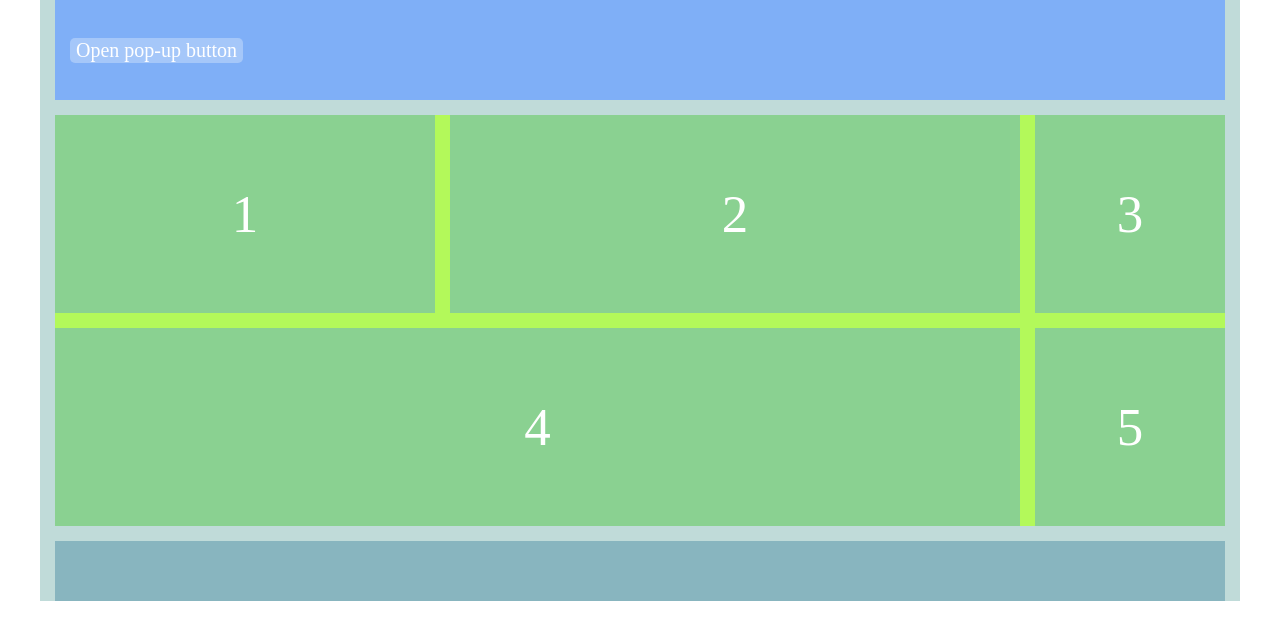
Repository: Evgenius190999999/nodasoft
Page: index.html
These files come from the project's save history. The page is drawn as it stood at one moment and after the next save; the edit follows.
The browser window is 1280 px wide. The pictures show the whole page.
Some web libraries are served in a nearby version. The style sheet was rebuilt from its Sass, Less or Tailwind sources for each picture, by a compiler version that may differ from the author's.

Above is the page before, as saved 2022-07-08 18:27:49.

### index.html
<!DOCTYPE html>
<html lang="en">

<head>
    <meta charset="UTF-8">
    <meta http-equiv="X-UA-Compatible" content="IE=edge">
    <meta name="viewport" content="width=device-width, initial-scale=1.0">
    <link rel="stylesheet" href="./style/normalize.css">
    <link rel="stylesheet" href="./style/reset.css">
    <link rel="stylesheet" href="./style/style.css">
    <script src="https://kit.fontawesome.com/33ab42410f.js" crossorigin="anonymous"></script>
    <title>Nodasoft</title>
</head>

<body>
    <div class="wrapper">
        <header class="header container">
            <button class="open__popup">Open pop-up button</button>
        </header>
        <div class="main__block container">
            <div class="div__1">1</div>
            <div class="div__2">2</div>
            <div class="div__3">3</div>
            <div class="div__4">4</div>
            <div class="div__5">5</div>
        </div>
        <div class="second__block container">
            <div class="div1"> </div>
            <div class="div2"> </div>
            <div class="div3"> </div>
            <div class="div4"> </div>
        </div>
    </div>

</body>

</html>

### style/sass/style.sass

*, *::after, *::before
    box-sizing: border-box

.wrapper
    max-width: 1200px
    margin: 0 auto
    background: #C0DBD9

.header
    display: flex
    align-items: center
    justify-content: flex-start
    padding: 0 15px
    background: #7FAFF7
    height: 100px

.container
    max-width: 1170px
    margin: 0 auto

.open__popup
    background: #A5C7F9
    border-radius: 5px
    border: none
    font-size: 20px
    line-height: 23px
    color: #FFFFFF
    cursor: pointer

.main__block
    display: grid
    grid-template-columns: 2fr 3fr 1fr
    grid-template-rows: repeat(2, 1fr)
    gap: 15px
    background: #B3F95A
    font-size: 53px
    color: #FFFFFF
    margin: 15px auto
    div
        height: 198px
        background: #8AD191
        display: flex
        align-items: center
        justify-content: center

.div__1
    grid-area: 1 / 1 / 2 / 2
.div__2
    grid-area: 1 / 2 / 2 / 3
.div__3
    grid-area: 1 / 3 / 2 / 4
.div__4
    grid-area: 2 / 1 / 3 / 3
.div__5
    grid-area: 2 / 3 / 3 / 4

.second__block
    display: flex
    background: #88B5BF
    div
        // height: 198px
        background: #0D89B0
        margin: 30px 15px 30px 15px
        // max-width: 255px
        // width: 100%
        &:first-child
            margin-left: 30px
        &:last-child
            margin-right: 30px
        &::before
            content: ''
            position: relative
            height: 198px
            max-width: 255px
            width: 100%
            background: #0D89B0

Loaded but not shown: style/normalize.css (library); style/reset.css (common file)

After the next save:
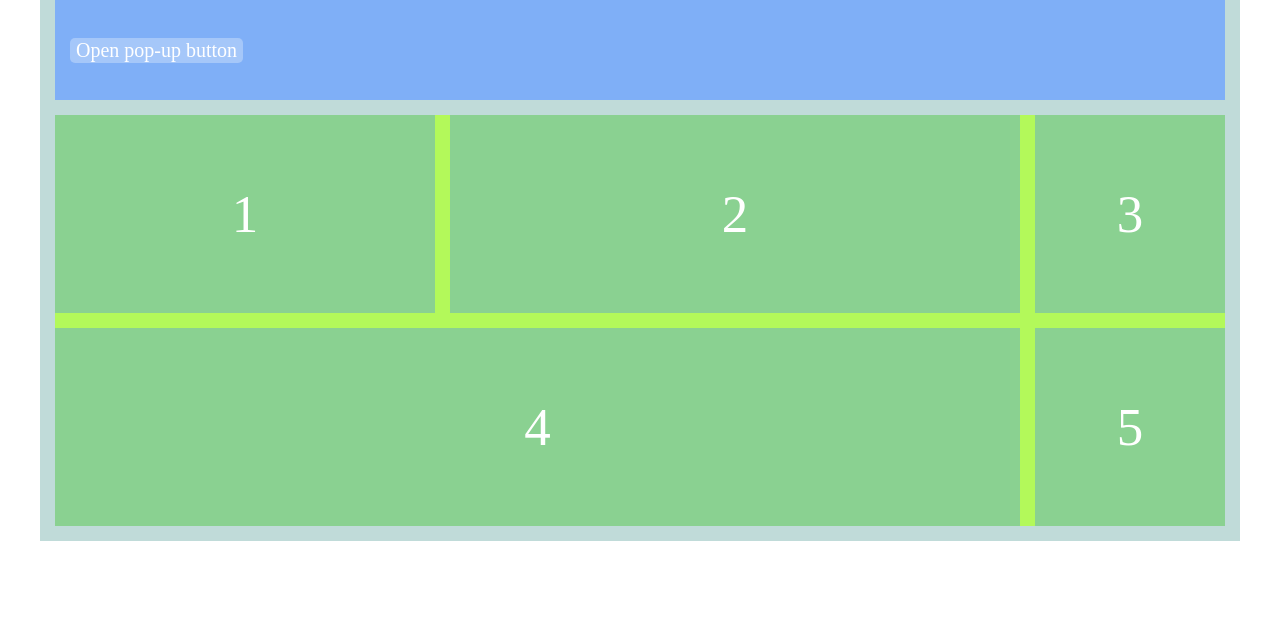
Saved 11 s later.
--- a/style/sass/style.sass
+++ b/style/sass/style.sass
@@ -59,6 +59,7 @@
     display: flex
     background: #88B5BF
     div
+        position: absolute
         // height: 198px
         background: #0D89B0
         margin: 30px 15px 30px 15px

After the save that followed:
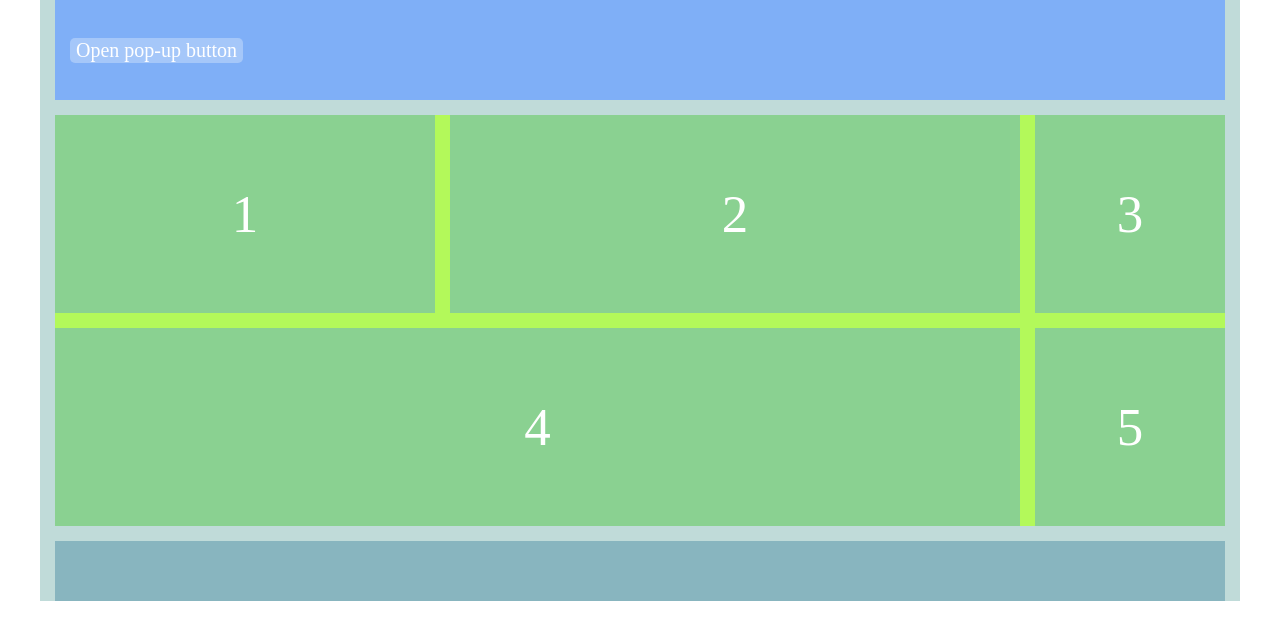
Saved 17 s later.
--- a/style/sass/style.sass
+++ b/style/sass/style.sass
@@ -59,7 +59,6 @@
     display: flex
     background: #88B5BF
     div
-        position: absolute
         // height: 198px
         background: #0D89B0
         margin: 30px 15px 30px 15px
